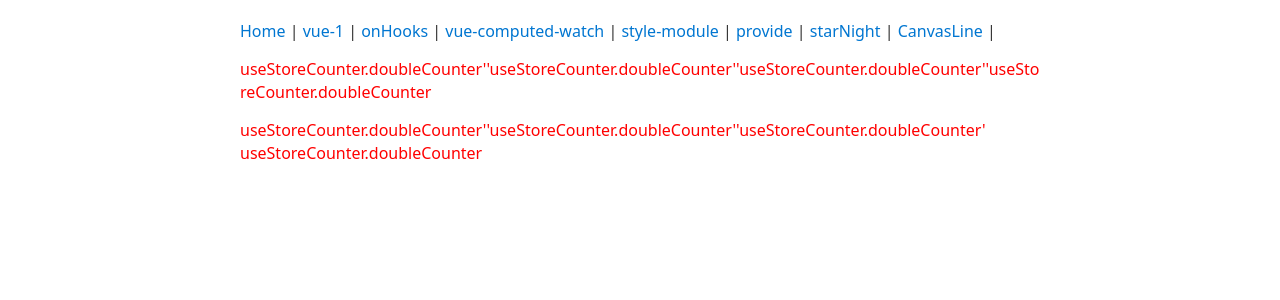
Repository: 596178924/vue3-ts-html
Page: /
An editor plug-in stored every save of this project. The page is shown before and after the next save, followed by the edit.
The browser window is 1280 px wide. The pictures show the whole page.
The project was rebuilt for these pictures with package versions that can differ from the ones it lists, and the page was loaded fresh each time. Also part of the build but not shown: vue.config.js.

Above is the page before, as saved 2022-02-15 16:36:02.

After the next save:
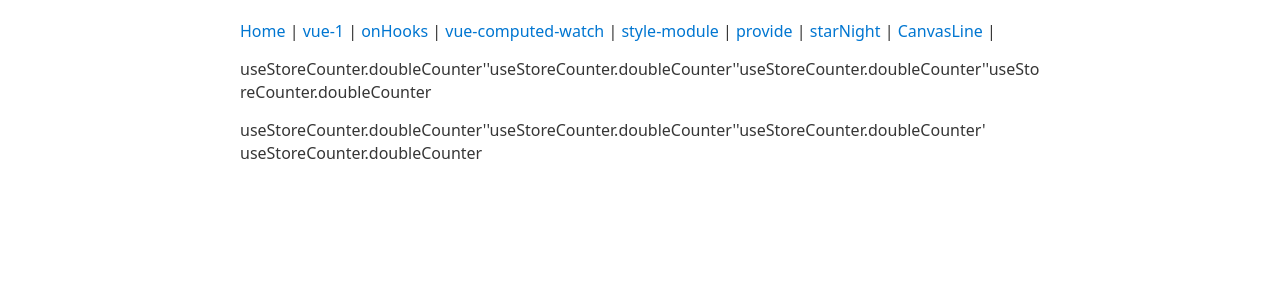
Saved 7 s later.
--- a/src/views/Home.vue
+++ b/src/views/Home.vue
@@ -14,7 +14,7 @@
 </script>
 <style lang="scss" scoped>
 .red {
-	color: #ff0000;
+	// color: #ff0000;
 	// &::selection {
 	// 	color: gold;
 	// 	background-color: #0011ff;
